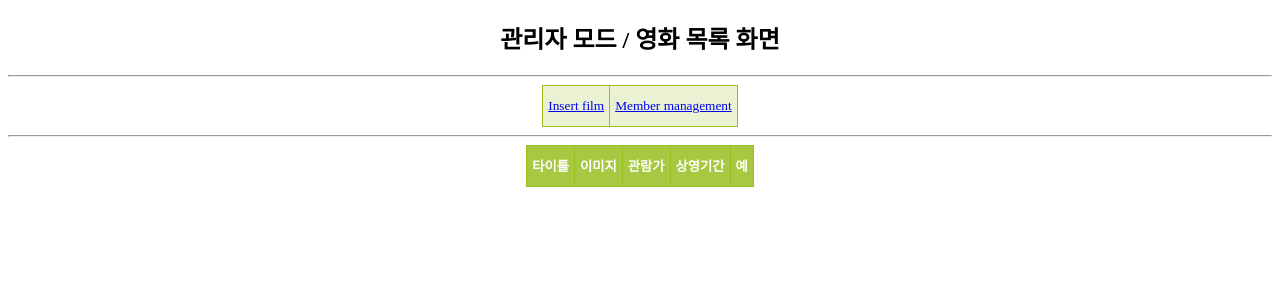
Repository: lmcoa15/Movie
Page: http://localhost/movie/admin/admin_mode.jsp
The author's editor kept a copy of each file at every save. The page is drawn from the files as they stood at one save, then again after the next save.
The browser window is 1280 px wide. The pictures show the whole page.
The page is served by Tomcat 9.

Above is the page before, as saved 2015-12-07 06:44:13.

After the next save:
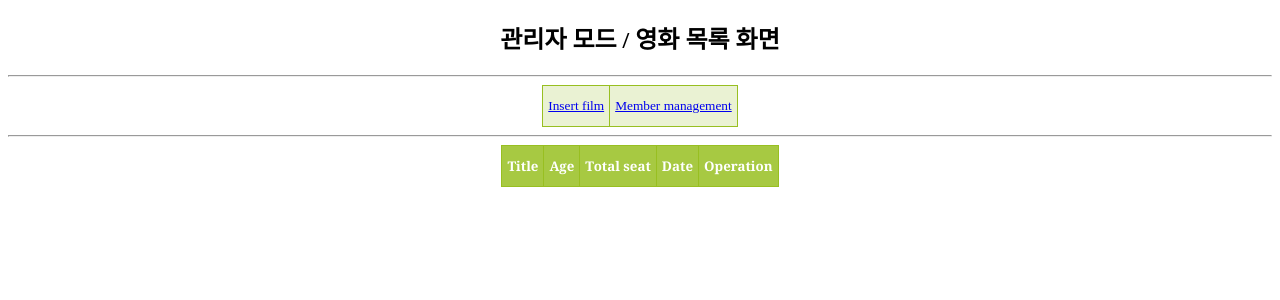
Saved 29 s later.
--- a/workspace/movie/WebContent/admin/admin_mode.jsp
+++ b/workspace/movie/WebContent/admin/admin_mode.jsp
@@ -28,9 +28,9 @@
 
 
 <table border="1">
-	<tr><th>타이틀</th><th>이미지</th>
-	<th>관람가</th><th>상영기간</th>
-	<th>예</th>
+	<tr><th>Title</th><th>Age</th>
+	<th>Total seat</th><th>Date</th>
+	<th>Operation</th>
 	</tr>
 
 	<%
